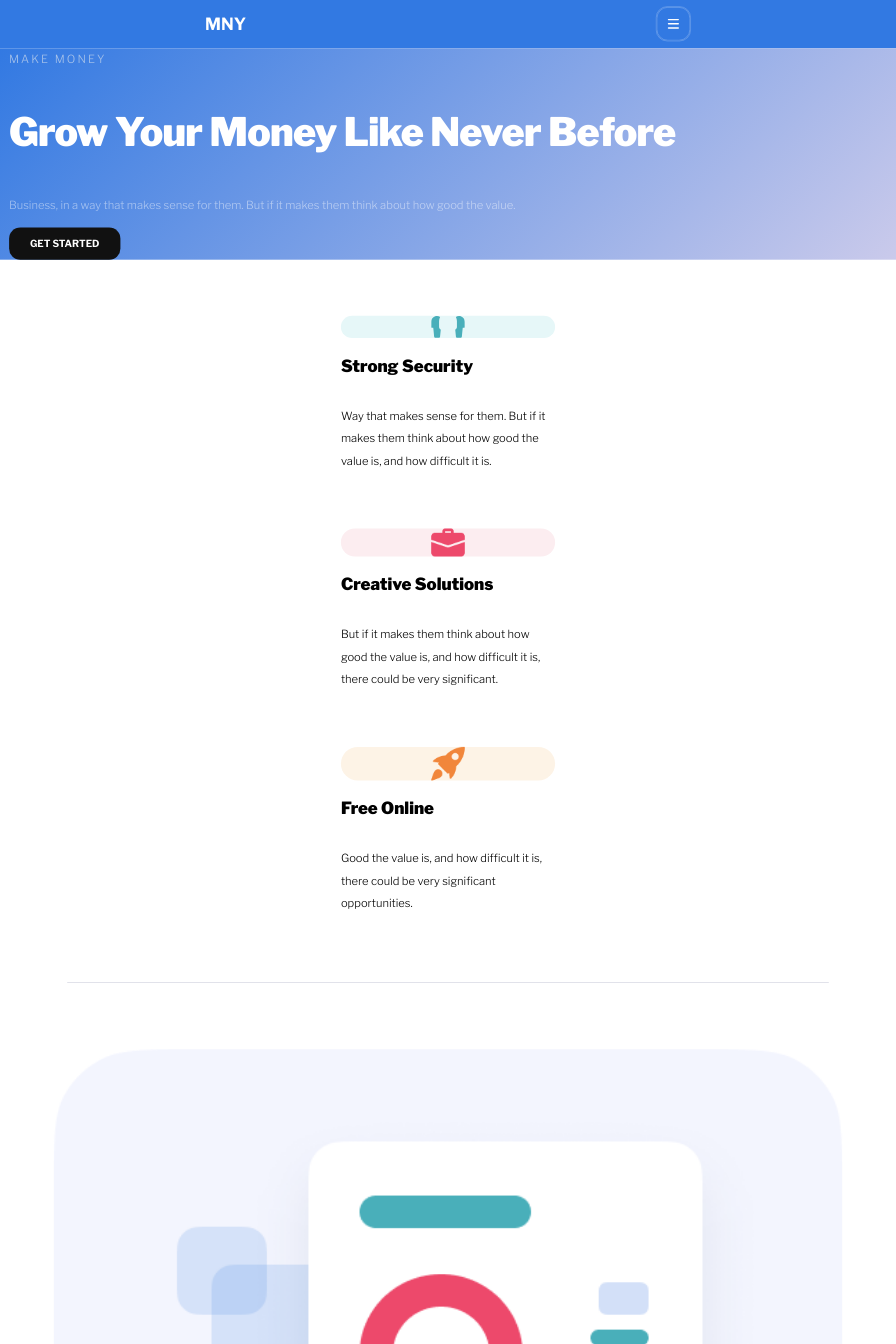
Repository: adryelfelipe/frontend-prova
Page: prova-figma/Prova/index.html
The author's editor kept a copy of each file at every save. The page is drawn from the files as they stood at one save, then again after a run of saves.
The browser window is 1280 px wide. The pictures show the part of the page from y = 0 to 1920 px (the page is 3595 px tall before and 3781 px after), at 70% of full size.

Above is the page before, as saved 2026-06-22 19:09:52.

After the next 3 saves:
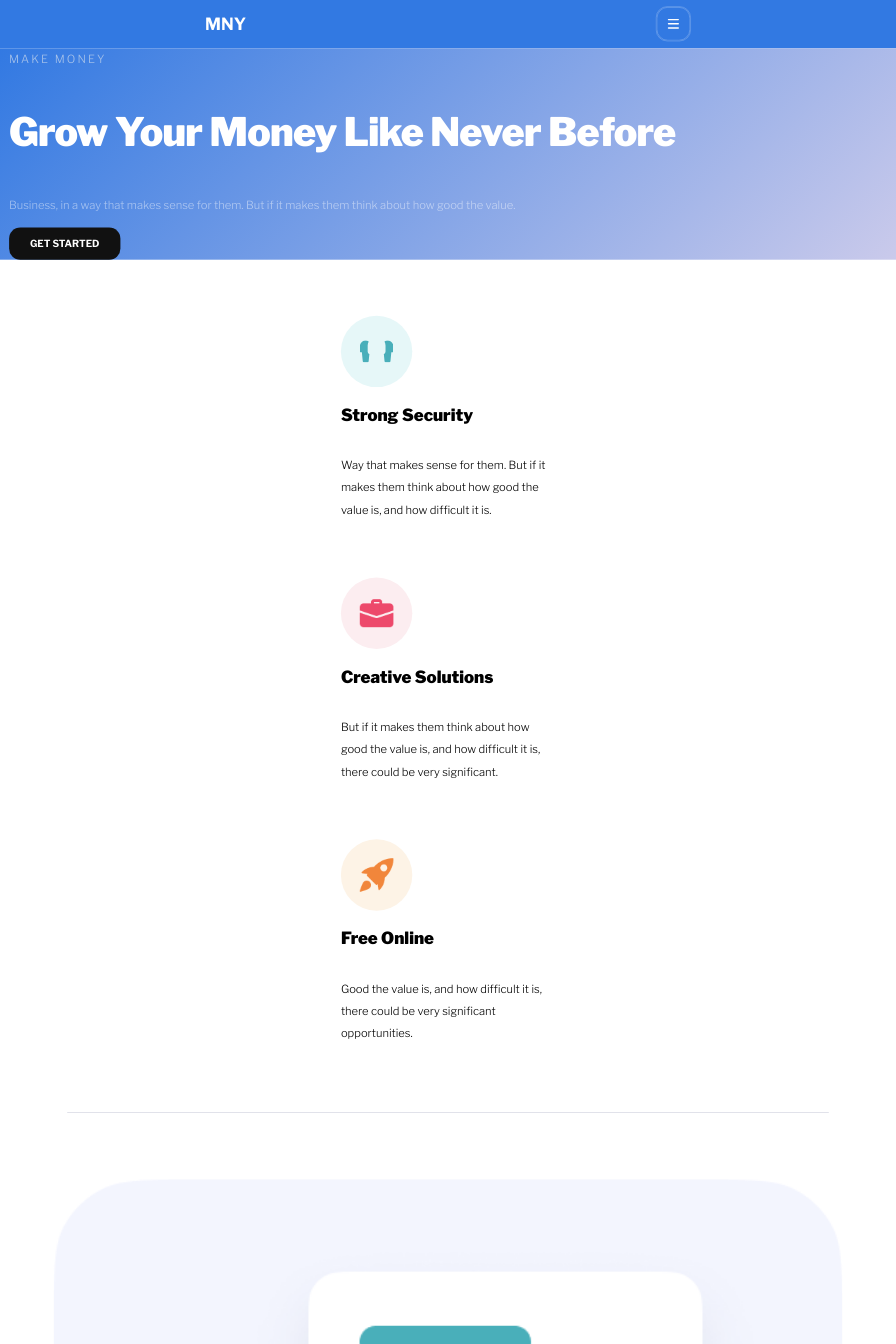
The 3 saves are shown as one change because they came seconds apart.
The last was saved 27 s later.
--- a/prova-figma/Prova/style/style.css
+++ b/prova-figma/Prova/style/style.css
@@ -119,8 +119,8 @@ header h2 {
     justify-content: center;
     align-items: center;
     border-radius: 100px;
-    width: 6,3rem;
-    height: 6,3rem;
+    width: 102px;
+    height: 102px;
     background-color: var(--bg-icon-fly)
 }
 
@@ -134,8 +134,8 @@ header h2 {
     justify-content: center;
     align-items: center;
     border-radius: 100px;
-    width: 6,3rem;
-    height: 6,3rem;
+    width: 102px;
+    height: 102px;
     background-color: var(--bg-icon-backpack)
 }
 
@@ -149,8 +149,8 @@ header h2 {
     justify-content: center;
     align-items: center;
     border-radius: 100px;
-    width: 6,3rem;
-    height: 6,3rem;
+    width: 102px;
+    height: 102px;
     background-color: var(--bg-icon-rocket)
 }
 
